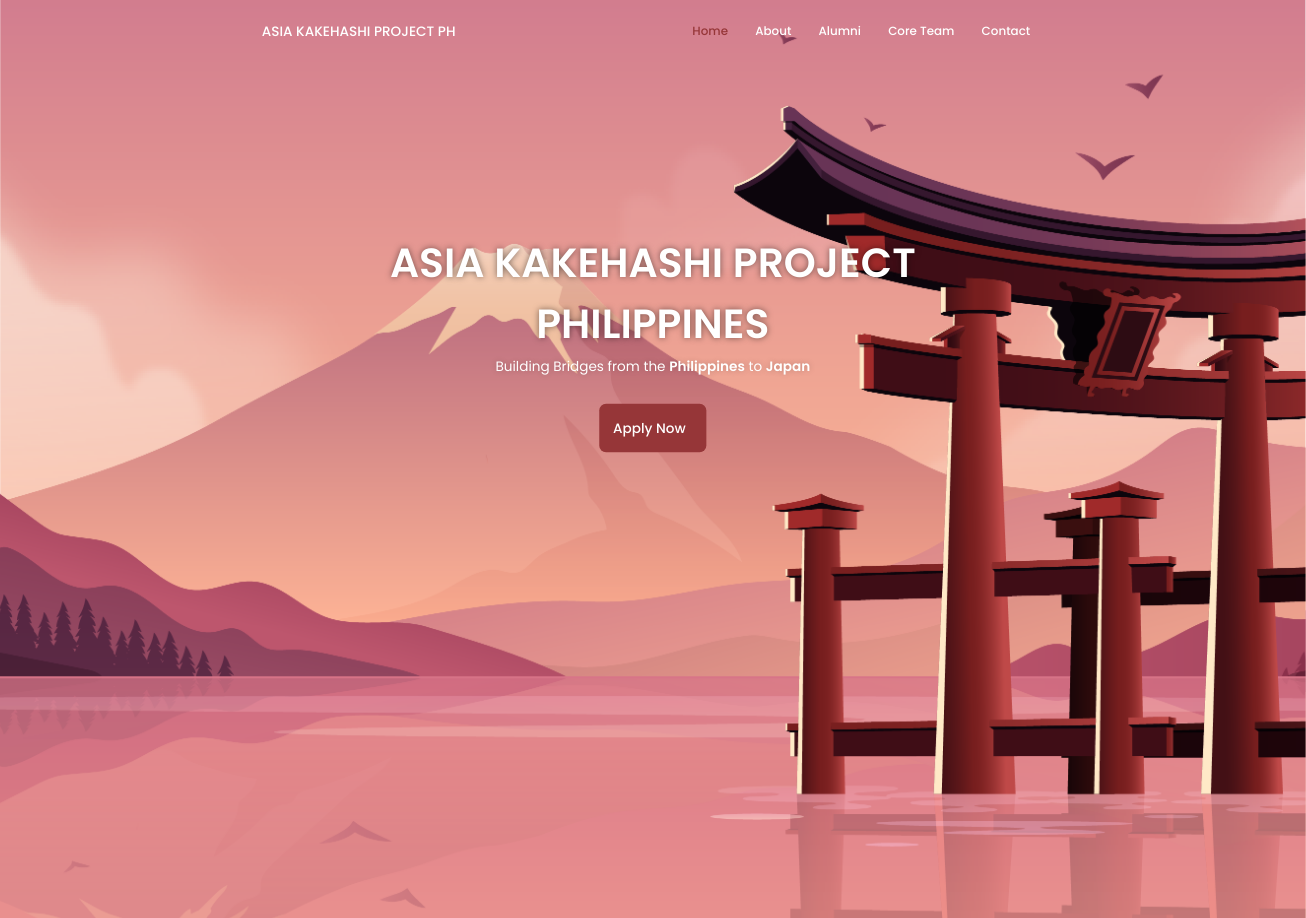
Repository: Aishie123/AKP-PH
Page: index.html
These files come from the project's save history. The page is drawn as it stood at one moment and after the next save; the edit follows.
The browser window is 1536 px wide. The pictures show the whole page, at 85% of full size.
Some icons come from a web library that is not loaded, so they are not drawn.

Above is the page before, as saved 2024-02-18 00:25:46.

After the next save:
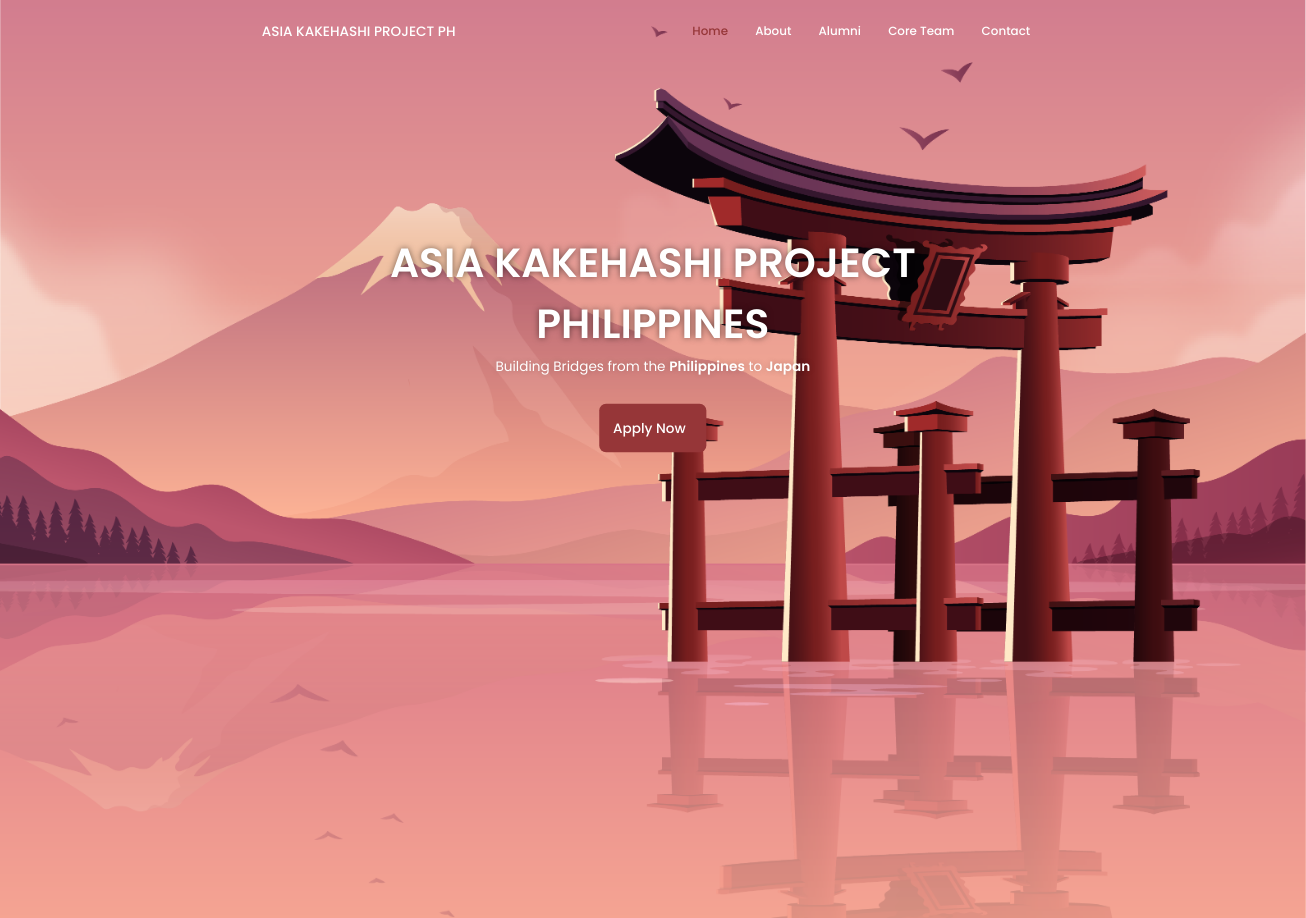
Saved 19 s later.
--- a/assets/css/styles.css
+++ b/assets/css/styles.css
@@ -597,7 +597,7 @@
     }
 
     #front-mountains{
-      width: 160rem;
+      width: 130rem;
     }
   }
 
@@ -614,7 +614,7 @@
     }
 
     #front-mountains{
-      width: 160rem;
+      width: 140rem;
     }
 
   }
@@ -622,7 +622,7 @@
   /* For larger devices like iMac*/
   @media screen and (min-width: 1500px){
     #front-mountains{
-      width: 180rem;
-    }
-
-  }
+      width: 150rem;
+    }
+
+  }
